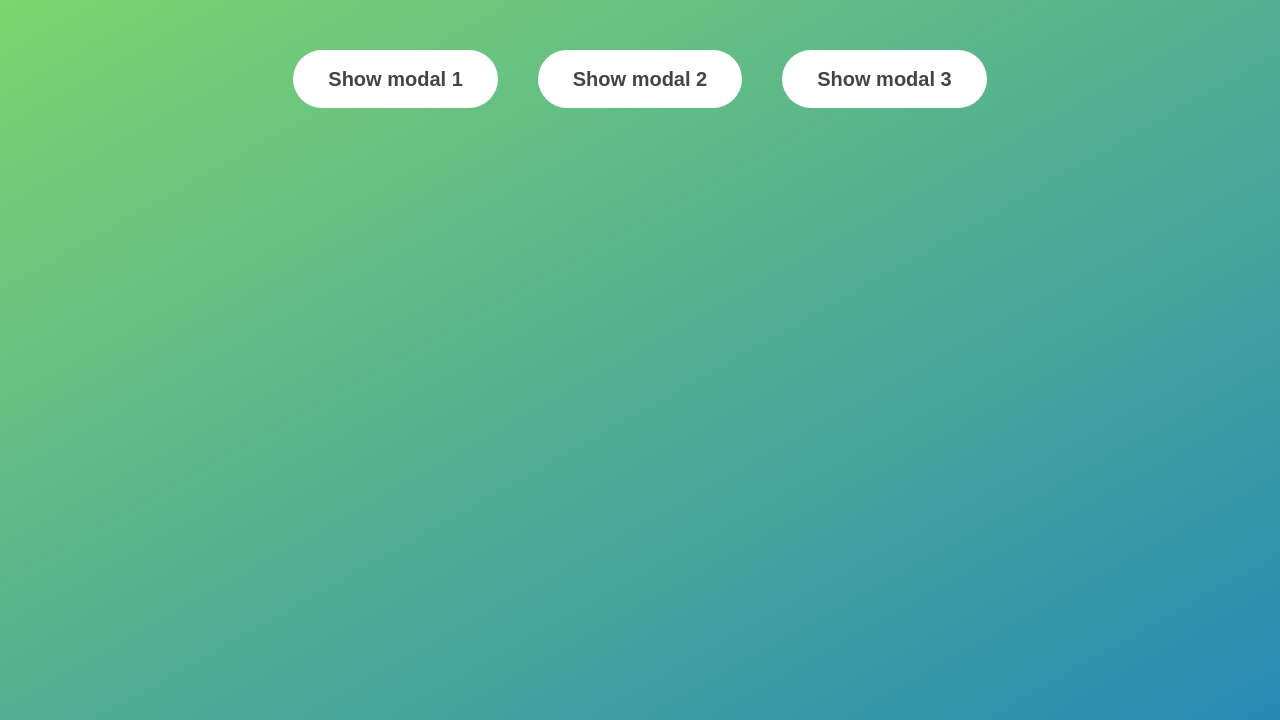
Repository: zeinawady/Jonas-Js-Course-Projects
Page: Modal Window/index.html
These files come from the project's save history. The page is drawn as it stood at one moment and after the next save; the edit follows.
The browser window is 1280 px wide. The pictures show the whole page.

Above is the page before, as saved 2024-11-23 17:00:11.

After the next save:
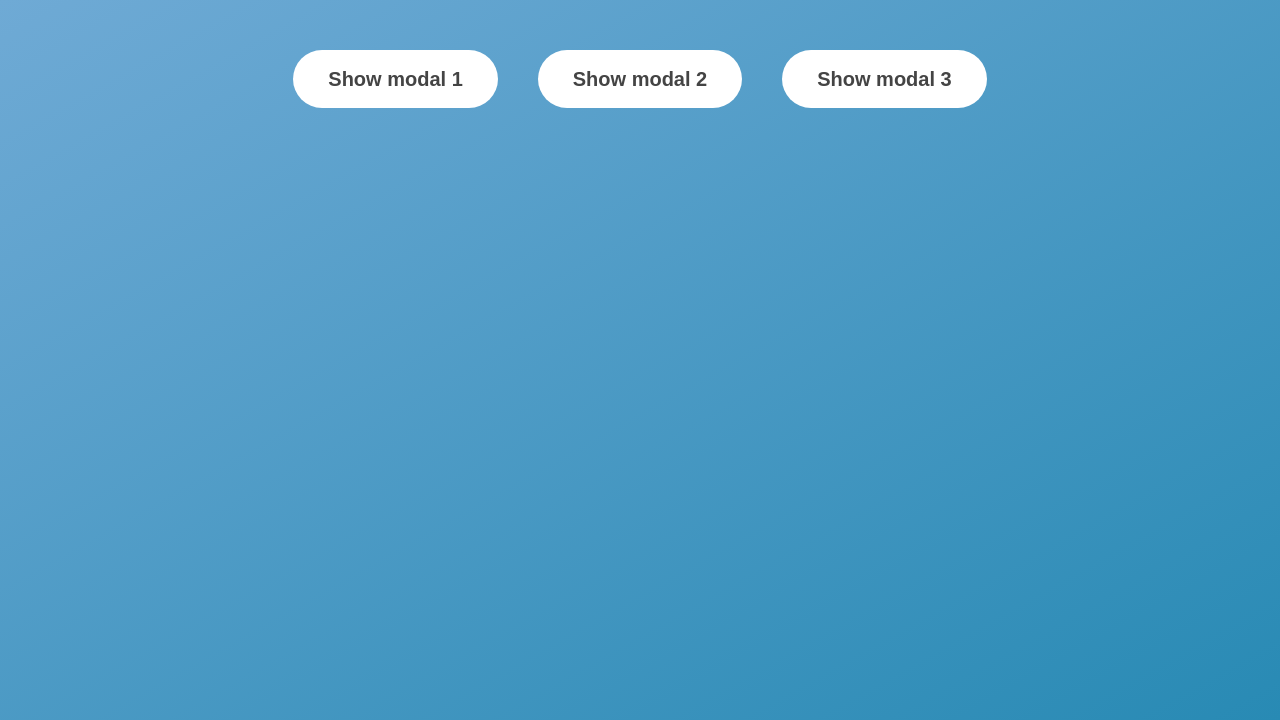
Saved 9 s later.
--- a/Modal Window/style.css
+++ b/Modal Window/style.css
@@ -18,7 +18,7 @@
     display: flex;
     align-items: flex-start;
     justify-content: center;
-    background: linear-gradient(to top left, #288ab4, #7dd56f);
+    background: linear-gradient(to top left, #288ab4, #6faad5);
   }
 
   .show-modal {
